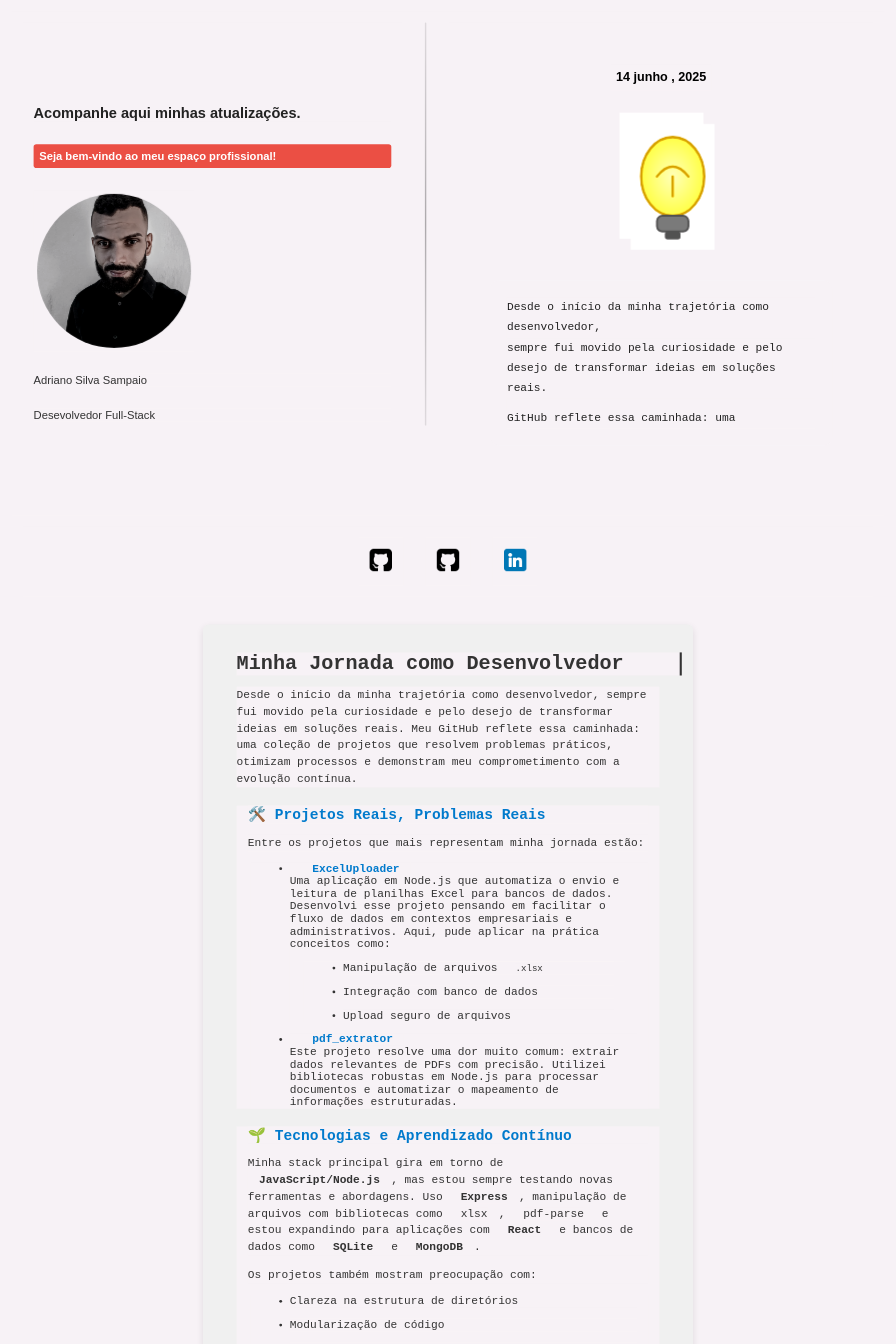
Repository: umdevadriano/portifolio2025
Page: /
These files come from the project's save history. The page is drawn as it stood at one moment and after the next save; the edit follows.
The browser window is 1280 px wide. The pictures show the part of the page from y = 0 to 1920 px (the page is 2803 px tall), at 70% of full size.
The project was rebuilt for these pictures with package versions that can differ from the ones it lists, and the page was loaded fresh each time. Also part of the build but not shown: vite.config.ts.

Above is the page before, as saved 2025-06-22 20:58:30.

### index.html
<!doctype html>
<html lang="en">
  <head>
    <meta charset="UTF-8" />
    <!-- <link rel="icon" type="image/svg+xml" href="/vite.svg" /> -->
    <meta name="viewport" content="width=device-width, initial-scale=1.0" />
    <title>Adriano Silva Sampaio </title>
  </head>
  <body>
    <div id="root"></div>
    <script type="module" src="/src/main.tsx"></script>
  </body>
</html>

### src/App.tsx
import './App.css'
import ContainerPrincipal from './componentes/containerPrincipal/ContainerPrincipal'
function App() {
  return (
    <>
      <ContainerPrincipal/>
    </>
  )
}

export default App

### src/componentes/containerPrincipal/ContainerPrincipal.tsx
import styled, { createGlobalStyle } from 'styled-components';
import Body from '../Body/Body';
import Footer from '../Footer/Footer';
import RedesSociais from '../redesSociais/redesSociais';
import github from '../redesSociais/github.png';
import linkedin from '../redesSociais/linkedin.png';
import ProfessionalStory from '../ProfessionalStory/ProfessionalStory';

const data = new Date();
const ano = data.getFullYear();
function ContainerPrincipal() {

  const redes = [
    { src: github, link: 'https://github.com/adrianodisam' },
    { src: github, link: 'https://github.com/umdevadriano' },
    { src: linkedin, link: 'https://www.linkedin.com/in/adriano-silva-sampaio/' }
  ];
  const GlobalStyle = createGlobalStyle`
    *, *::before, *::after {
    box-sizing: border-box;
    background-color: #f7f2f6;
    margin: 1rem;
  }

    html, body {
      margin: 0;
      padding: 0;
      overflow-x: hidden;
      width: 100%;
    }
  `;

  const Principal = styled.div`
    display: flex;
    justify-content: center;
    width: 100%;
    height: 100vh;
    font-family: 'Arial', sans-serif;
    overflow: hidden;
    margin: 0;
    padding: 0;

    @media (max-width: 768px) {
      display: flex;
      flex-direction: column;
      justify-items: center;
      justify-content: center;
      align-items: center;
    }


  `;
  return (
    <>
      <GlobalStyle />
      <Principal>
        <Body/>
      </Principal>
      <RedesSociais redes={redes}/>
      <ProfessionalStory/>
      <Footer>Desenvolvimento de Software<br />© {ano} Adriano Silva Sampaio</Footer>
    </>
  )
}
export default ContainerPrincipal

### src/componentes/Body/Body.tsx
import Principal from '../Principal/Principal';
import Title from '../Title/Title';
import Banner from '../Banner/Banner';
import ProfileWrapper from '../ProfileWrapper/ProfileWrapper';
import Profile from '../Profile/Profile';
import Role from '../Role/Role';
import Divider from '../Divider/Divider';
import RightSide from '../RightSide/RightSide';
import DateComponente from '../DateComponente/DateComponente';
import EmDesenvolvimento from '../EmDesenvolvimentoWrapper/EmDesenvolvimentoWrapper ';
import LampadaAnimada from '../LampadaAnimada/LampadaAnimada';
const data = new Date();
const dia = String(data.getDate()).padStart(2, '0');
const mes = data.toLocaleString('pt-BR', { month: 'long' });
const ano = data.getFullYear();

function Cabecalho() {
  return (
    <>
      <Principal>
        <Title>Acompanhe aqui minhas atualizações.</Title>
        <Banner>Seja bem-vindo ao meu espaço profissional!</Banner>
        <ProfileWrapper>
          <Profile/>
        </ProfileWrapper>
        <Role> Adriano Silva Sampaio</Role>
        <Role> Desevolvedor  Full-Stack </Role>
      </Principal>
      <Divider />
      <RightSide>
        <DateComponente>{dia}  {mes} , {ano} </DateComponente>
        <LampadaAnimada/>
        <EmDesenvolvimento/>
      </RightSide>
    </>
  )
}
export default Cabecalho

### src/componentes/Footer/Footer.tsx
import styled from 'styled-components';

type Props = {
  children: React.ReactNode;
};

function Footer({ children }: Props){

    const FooterP = styled.p`
        font-size: 1rem;
        color: #999;
        /* margin-top: auto; */
    `;
    const FooterDiv = styled.div`
       display: flex;
       justify-content: left;
       align-items: center;
    `;
    return (
        <>
            <FooterDiv>
                <FooterP>{children}</FooterP>
            </FooterDiv>
        </>
    )
}

export default Footer

### src/componentes/redesSociais/redesSociais.tsx
import styled from 'styled-components';

type RedeSocial = {
  src: string;
  link: string;
};

type Props = {
  redes: RedeSocial[];
};

const RedesSociaisDiv = styled.div`
  flex: 1;
  display: flex;
  justify-content: center;
  align-items: center;

  img {
    width: 2rem;
    height: 2rem;
    object-fit: contain;
    transition: transform 0.2s;
  }

  a:hover img {
    transform: scale(1.1);
  }
`;

function RedesSociais({ redes }: Props) {
  return (
    <RedesSociaisDiv>
      {redes.map((rede, index) => (
        <a
          key={index}
          href={rede.link}
          target="_blank"
          rel="noopener noreferrer"
        >
          <img src={rede.src} alt={`Ícone ${index + 1}`} />
        </a>
      ))}
    </RedesSociaisDiv>
  );
}

export default RedesSociais;

### src/componentes/ProfessionalStory/ProfessionalStory.tsx

import styled, { keyframes } from 'styled-components';

const typewriter = keyframes`
  from {
    width: 0;
  }
  to {
    width: 100%;
  }
`;

const blink = keyframes`
  50% {
    border-color: transparent;
  }
`;

const Container = styled.section`
  font-family: 'Courier New', Courier, monospace;
  color: #333;
  background: #f0f0f0;
  padding: 24px 32px;
  max-width: 700px;
  margin: 40px auto;
  border-radius: 8px;
  box-shadow: 0 4px 10px rgba(0,0,0,0.1);
`;

const Title = styled.h1`
  font-size: 1.8rem;
  margin-bottom: 1rem;
  border-right: 3px solid #333;
  white-space: nowrap;
  overflow: hidden;
  width: 18ch;
  animation: ${typewriter} 2.5s steps(18) 1 forwards,
             ${blink} 0.75s step-end infinite;
`;

const Section = styled.div`
  margin-top: 1.6rem;
`;

const SectionTitle = styled.h2`
  font-size: 1.3rem;
  margin-bottom: 0.6rem;
  color: #007acc;
`;

const Paragraph = styled.p`
  font-size: 1rem;
  line-height: 1.5;
  margin-bottom: 1rem;
`;

const List = styled.ul`
  margin-left: 20px;
  margin-bottom: 1rem;
  list-style-type: disc;
`;

const Link = styled.a`
  color: #007acc;
  text-decoration: none;
  font-weight: 600;

  &:hover {
    text-decoration: underline;
  }
`;

export default function ProfessionalStory() {
  return (
    <Container>
      <Title>Minha Jornada como Desenvolvedor</Title>

      <Paragraph>
        Desde o início da minha trajetória como desenvolvedor, sempre fui movido pela curiosidade e pelo desejo de transformar ideias em soluções reais. Meu GitHub reflete essa caminhada: uma coleção de projetos que resolvem problemas práticos, otimizam processos e demonstram meu comprometimento com a evolução contínua.
      </Paragraph>

      <Section>
        <SectionTitle>🛠️ Projetos Reais, Problemas Reais</SectionTitle>
        <Paragraph>Entre os projetos que mais representam minha jornada estão:</Paragraph>

        <List>
          <li>
            <strong>
              <Link href="https://github.com/umdevadriano/ExcelUploader" target="_blank" rel="noopener noreferrer">
                ExcelUploader
              </Link>
            </strong>
            <br />
            Uma aplicação em Node.js que automatiza o envio e leitura de planilhas Excel para bancos de dados. Desenvolvi esse projeto pensando em facilitar o fluxo de dados em contextos empresariais e administrativos. Aqui, pude aplicar na prática conceitos como:
            <List>
              <li>Manipulação de arquivos <code>.xlsx</code></li>
              <li>Integração com banco de dados</li>
              <li>Upload seguro de arquivos</li>
            </List>
          </li>

          <li>
            <strong>
              <Link href="https://github.com/umdevadriano/pdf_extrator" target="_blank" rel="noopener noreferrer">
                pdf_extrator
              </Link>
            </strong>
            <br />
            Este projeto resolve uma dor muito comum: extrair dados relevantes de PDFs com precisão. Utilizei bibliotecas robustas em Node.js para processar documentos e automatizar o mapeamento de informações estruturadas.
          </li>
        </List>
      </Section>

      <Section>
        <SectionTitle>🌱 Tecnologias e Aprendizado Contínuo</SectionTitle>
        <Paragraph>
          Minha stack principal gira em torno de <strong>JavaScript/Node.js</strong>, mas estou sempre testando novas ferramentas e abordagens. Uso <strong>Express</strong>, manipulação de arquivos com bibliotecas como <code>xlsx</code>, <code>pdf-parse</code> e estou expandindo para aplicações com <strong>React</strong> e bancos de dados como <strong>SQLite</strong> e <strong>MongoDB</strong>.
        </Paragraph>
        <Paragraph>Os projetos também mostram preocupação com:</Paragraph>
        <List>
          <li>Clareza na estrutura de diretórios</li>
          <li>Modularização de código</li>
          <li>Reaproveitamento de componentes e funções</li>
        </List>
      </Section>

      <Section>
        <SectionTitle>📈 Padrão de Contribuição</SectionTitle>
        <Paragraph>
          Minha contribuição é pautada na entrega de soluções funcionais e escaláveis. Prefiro projetos que resolvam um problema concreto e que possam ser utilizados no dia a dia. Além disso, sempre que possível, mantenho os repositórios documentados e com instruções claras de uso.
        </Paragraph>
      </Section>

      <Section>
        <SectionTitle>🧩 Favoritos que Me Inspiram</SectionTitle>
        <Paragraph>Além dos meus próprios projetos, mantenho uma seleção de repositórios favoritos com foco em:</Paragraph>
        <List>
          <li>Templates de SaaS</li>
          <li>Boas práticas em React e Node</li>
          <li>Repositórios que ensinam com exemplos práticos</li>
        </List>
        <Paragraph>
          Esses favoritos refletem o que busco constantemente: <strong>evoluir como dev, tanto no back-end quanto no front-end, sem perder o foco na experiência do usuário final.</strong>
        </Paragraph>
      </Section>

      <Section>
        <SectionTitle>🧠 O Que Me Motiva</SectionTitle>
        <Paragraph>
          Gosto de resolver problemas do mundo real. Desde pequenas automações até ferramentas que impactam um processo maior — como controle de gastos em obras — tudo começa com uma ideia e a vontade de fazer melhor. Tenho como meta desenvolver soluções que possam ajudar tanto uma grande construtora quanto alguém construindo sua própria casa.
        </Paragraph>
      </Section>
    </Container>
  );
}

### src/componentes/Principal/Principal.tsx
import styled from 'styled-components';

type Props = {
  children: React.ReactNode;
};

function Principal({ children }: Props){

    const Principal_div = styled.div`
        flex: 1;
        display: flex;
        flex-direction: column;
        justify-content: center;
    `;
    return (
        <>
        <Principal_div>  {children}</Principal_div>
        </>
    )
}

export default Principal

### src/componentes/Title/Title.tsx
import styled from 'styled-components';

type Props = {
  children: React.ReactNode;
};

function Title({ children }: Props){

    const TitleH2 = styled.h2`
        font-size: 1.3rem;
        margin-bottom: 1rem;
        color: #222;

        @media (max-width: 768px) {
          margin-top: 5rem;
        }
  `;
    return (
        <>
        <TitleH2>{children}</TitleH2>
        </>
    )
}

export default Title

### src/componentes/Banner/Banner.tsx
import styled from 'styled-components';

type Props = {
  children: React.ReactNode;
};

function Banner({ children }: Props){

    const BannerDiv = styled.div`
        background-color: #eb4f44;
        color: white;
        padding: 0.5rem;
        font-weight: bold;
        font-size: 16px;
        display: inline-block;
        border-radius: 4px;
    `;
    return (
        <>
        <BannerDiv>{children}</BannerDiv>
        </>
    )
}

export default Banner

### src/componentes/ProfileWrapper/ProfileWrapper.tsx
import styled from 'styled-components';

type Props = {
  children: React.ReactNode;
};

function ProfileWrapper({ children }: Props){

  // Wrapper da imagem com efeito de borda girando
  const ProfileWrapperDiv = styled.div`
    position: relative;
    width: 230px;
    height: 230px;
    display: flex;
    align-items: center;
    margin-top:1rem;
    justify-content: center;
  `;

    return (
        <>
        <ProfileWrapperDiv>{children}</ProfileWrapperDiv>
        </>
    )
}

export default ProfileWrapper

### src/componentes/Profile/Profile.tsx
import styled from 'styled-components';
import foto from '../assets/foto2.png'

function Profile(){

    const ProfileImg = styled.img`
        width: 220px;
        height: 220px;
        border-radius: 50%;
        object-fit: cover;
        background-color: white;
        z-index: 1;
        filter: grayscale(60%) contrast(110%);
        @media (max-width: 768px) {
            width: 200px;
            height: 200px;
        }
        @media (max-width: 480px) {
            width: 200px;
            height: 200px;
        }
    `;
    return (
        <>
        <ProfileImg src={foto} alt="Foto de perfil"></ProfileImg>
        </>
    )
}

export default Profile

### src/componentes/Role/Role.tsx
import styled from 'styled-components';

type Props = {
  children: React.ReactNode;
};

function Role({ children }: Props){
    const RoleP = styled.p`
        font-size: 16px;
        font-weight: 500;
        color: #333;
    `;
    return (
        <>
        <RoleP>{children}</RoleP>
        </>
    )
}
export default Role

### src/componentes/Divider/Divider.tsx
import styled from 'styled-components';

function Divider(){

    const DividerDiv = styled.div`
        width: 2px;
        height: 80%;
        background: linear-gradient(
            to bottom,
            rgba(0, 0, 0, 0.1),
            rgba(0, 0, 0, 0.3),
            rgba(0, 0, 0, 0.1)
        );
        border-radius: 1px;
        position: relative;
        overflow: hidden;
        &::after {
            content: "";
            position: absolute;
            top: 0;
            left: 0;
            width: 100%;
            height: 100%;
            background: linear-gradient(
                to bottom,
                transparent 40%,
                rgba(255, 255, 255, 0.7) 50%,
                transparent 60%
            );
                animation: shine 3.8s linear infinite;
                pointer-events: none;
         }

        @keyframes shine {
            0% {
            transform: translateY(-100%);
            }
            100% {
            transform: translateY(100%);
            }
        }
    `;
    return (
        <>
        <DividerDiv></DividerDiv>
        </>
    )
}

export default Divider

### src/componentes/RightSide/RightSide.tsx
import styled from 'styled-components';
type Props = {
  children: React.ReactNode;
};

function RightSide({ children }: Props){
    const RightSideDiv = styled.div`
        flex: 1;
        padding: 32px;
        display: flex;
        flex-direction: column;
        justify-content: center;
        align-items: center;
    `;

    return (
        <>
        <RightSideDiv>{children}</RightSideDiv>
        </>
    )
}

export default RightSide

### src/componentes/DateComponente/DateComponente.tsx
import styled from 'styled-components';
type Props = {
  children: React.ReactNode;
};
function Date({ children }: Props){
    const DateP = styled.p`
        font-size: 18px;
        font-weight: bold;
        margin-bottom: 12px;
        padding: 0.5rem;
    `;
    return (
        <>
        <DateP>{children}</DateP>
        </>
    )
}
export default Date

### src/componentes/EmDesenvolvimentoWrapper/EmDesenvolvimentoWrapper .tsx
import  { useEffect, useState } from 'react';
import styled from 'styled-components';

const texto = `Desde o início da minha trajetória como desenvolvedor,
sempre fui movido pela curiosidade e pelo desejo de transformar ideias em soluções reais.
Meu GitHub reflete essa caminhada: uma coleção de projetos que resolvem problemas práticos,
otimizam processos e demonstram meu comprometimento com a evolução contínua.`;

const linhas = texto.split('\n').map(l => l.trim());

const Container = styled.div`
  /* background: #f4f4f4; */
  padding: 24px;
  max-width: 90%;
  margin: 40px auto;
  border-radius: 12px;
  font-family: 'Courier New', Courier, monospace;
  font-size: 1rem;
  color: #222;
  line-height: 1.8;
`;

const Linha = styled.p`
  margin: 0;
`;

const Cursor = styled.span`
  display: inline-block;
  width: 1ch;
  border-right: 2px solid #333;
  animation: blink 0.8s steps(1) infinite;

  @keyframes blink {
    50% {
      border-color: transparent;
    }
  }
`;

export default function EmDesenvolvimento() {
  const [linhasDigitadas, setLinhasDigitadas] = useState<string[]>([]);
  const [linhaAtual, setLinhaAtual] = useState(0);
  const [palavrasDigitadas, setPalavrasDigitadas] = useState<string[]>([]);

  useEffect(() => {
    if (linhaAtual >= linhas.length) return;

    const palavras = linhas[linhaAtual].split(' ');
    let index = 0;

    const intervalo = setInterval(() => {
      setPalavrasDigitadas((prev) => [...prev, palavras[index]]);
      index++;

      if (index >= palavras.length) {
        clearInterval(intervalo);
        setTimeout(() => {
          setLinhasDigitadas((prev) => [...prev, palavras.join(' ')]);
          setPalavrasDigitadas([]);
          setLinhaAtual((prev) => prev + 1);
        }, 600); // pausa entre as linhas
      }
    }, 180); // tempo entre cada palavra

    return () => clearInterval(intervalo);
  }, [linhaAtual]);

  return (
    <Container>
      {linhasDigitadas.map((linha, i) => (
        <Linha key={i}>{linha}</Linha>
      ))}

      {linhaAtual < linhas.length && (
        <Linha>
          {palavrasDigitadas.join(' ')} <Cursor />
        </Linha>
      )}
    </Container>
  );
}

### src/componentes/LampadaAnimada/LampadaAnimada.tsx
import React from "react";
import styled, { keyframes } from "styled-components";

// Animação que aumenta o brilho da lâmpada
const glow = keyframes`
  0% {
    filter: brightness(0.4);
    opacity: 0.5;
    drop-shadow(0 0 2px rgba(255, 223, 0, 0.2));
  }
  50% {
    filter: brightness(1.2);
    opacity: 1;
    drop-shadow(0 0 8px rgba(255, 223, 0, 0.8));
  }
  100% {
    filter: brightness(0.4);
    opacity: 0.5;
    drop-shadow(0 0 2px rgba(255, 223, 0, 0.2));
  }
`;

// Container do SVG com animação
const LampContainer = styled.div`
  width: 120px;
  height: 180px;
  margin: 20px auto;
  animation: ${glow} 4s ease-in-out infinite;
`;

export default function LampadaAnimada() {
  return (
    <LampContainer>
      <svg
        viewBox="0 0 64 96"
        fill="none"
        xmlns="http://www.w3.org/2000/svg"
        width="100%"
        height="100%"
      >
        {/* Bulbo da lâmpada */}
        <ellipse
          cx="32"
          cy="40"
          rx="24"
          ry="30"
          fill="url(#yellowGlow)"
          stroke="#b38600"
          strokeWidth="2"
        />
        {/* Filamento */}
        <path
          d="M20 40 Q32 25 44 40"
          stroke="#b38600"
          strokeWidth="2"
          fill="none"
          strokeLinecap="round"
        />
        <line
          x1="32"
          y1="40"
          x2="32"
          y2="55"
          stroke="#b38600"
          strokeWidth="2"
          strokeLinecap="round"
        />
        {/* Base da lâmpada */}
        <rect
          x="20"
          y="70"
          width="24"
          height="12"
          fill="#666"
          stroke="#444"
          strokeWidth="1.5"
          rx="4"
        />
        <rect
          x="26"
          y="82"
          width="12"
          height="6"
          fill="#444"
          rx="2"
        />
        <defs>
          <radialGradient id="yellowGlow" cx="0.5" cy="0.5" r="0.5">
            <stop offset="0%" stopColor="#fff89a" />
            <stop offset="100%" stopColor="#ffeb3b" />
          </radialGradient>
        </defs>
      </svg>
    </LampContainer>
  );
}

Loaded but not shown: src/main.tsx (common file); src/App.css (no stored copy; drawn as an empty file); src/index.css (no stored copy; drawn as an empty file)

After the next save:
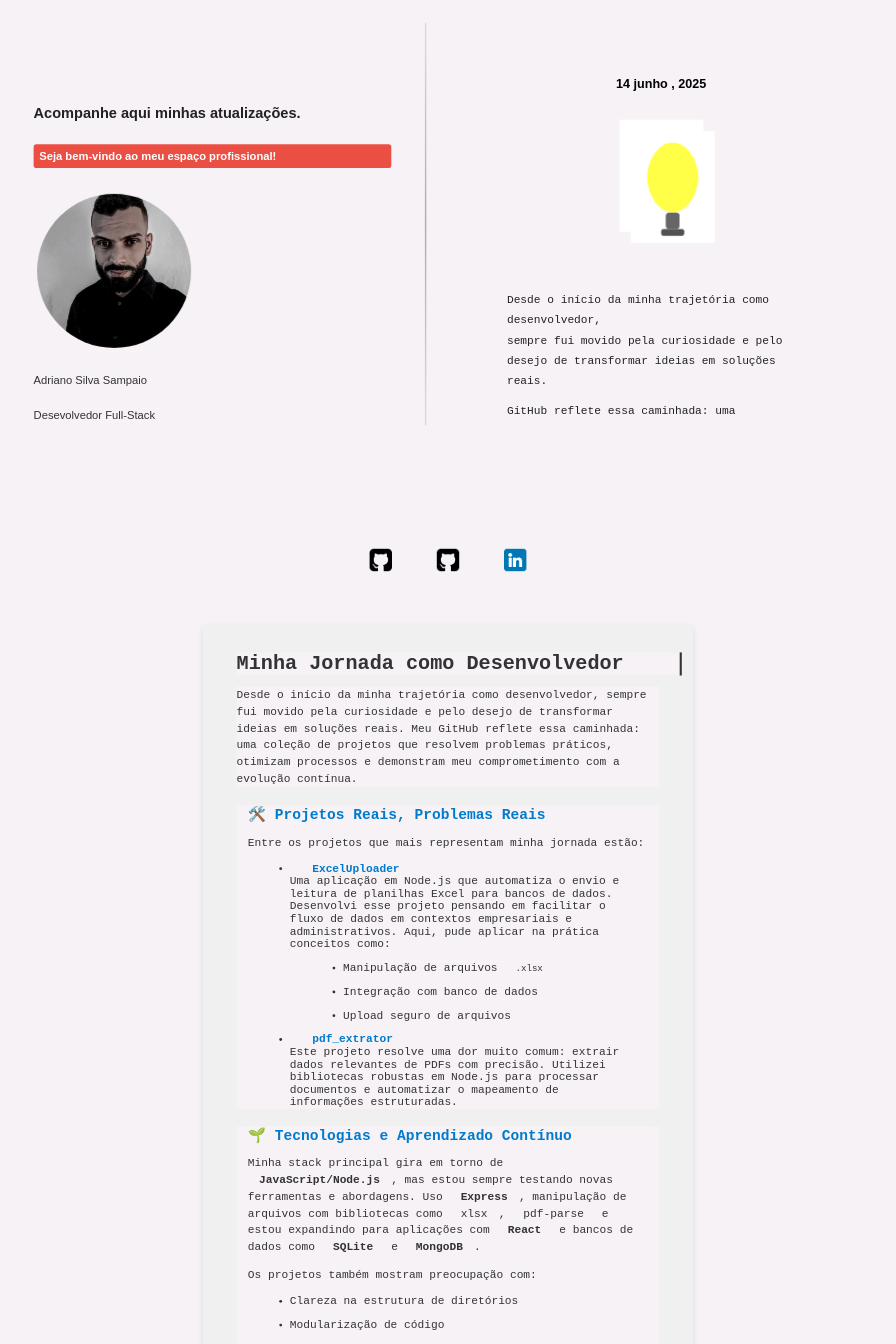
Saved 2 min 55 s later.
--- a/src/componentes/LampadaAnimada/LampadaAnimada.tsx
+++ b/src/componentes/LampadaAnimada/LampadaAnimada.tsx
@@ -1,29 +1,20 @@
 import React from "react";
 import styled, { keyframes } from "styled-components";
 
-// Animação que aumenta o brilho da lâmpada
 const glow = keyframes`
-  0% {
-    filter: brightness(0.4);
+  0%, 100% {
     opacity: 0.5;
-    drop-shadow(0 0 2px rgba(255, 223, 0, 0.2));
+    filter: brightness(0.6);
   }
   50% {
+    opacity: 1;
     filter: brightness(1.2);
-    opacity: 1;
-    drop-shadow(0 0 8px rgba(255, 223, 0, 0.8));
-  }
-  100% {
-    filter: brightness(0.4);
-    opacity: 0.5;
-    drop-shadow(0 0 2px rgba(255, 223, 0, 0.2));
   }
 `;
 
-// Container do SVG com animação
 const LampContainer = styled.div`
   width: 120px;
-  height: 180px;
+  height: 160px;
   margin: 20px auto;
   animation: ${glow} 4s ease-in-out infinite;
 `;
@@ -38,58 +29,12 @@ export default function LampadaAnimada() {
         width="100%"
         height="100%"
       >
-        {/* Bulbo da lâmpada */}
-        <ellipse
-          cx="32"
-          cy="40"
-          rx="24"
-          ry="30"
-          fill="url(#yellowGlow)"
-          stroke="#b38600"
-          strokeWidth="2"
+        <path
+          d="M32 10c-13 0-22 16-22 30 0 13 9 30 22 30s22-17 22-30c0-14-9-30-22-30z"
+          fill="#FFEB3B"
         />
-        {/* Filamento */}
-        <path
-          d="M20 40 Q32 25 44 40"
-          stroke="#b38600"
-          strokeWidth="2"
-          fill="none"
-          strokeLinecap="round"
-        />
-        <line
-          x1="32"
-          y1="40"
-          x2="32"
-          y2="55"
-          stroke="#b38600"
-          strokeWidth="2"
-          strokeLinecap="round"
-        />
-        {/* Base da lâmpada */}
-        <rect
-          x="20"
-          y="70"
-          width="24"
-          height="12"
-          fill="#666"
-          stroke="#444"
-          strokeWidth="1.5"
-          rx="4"
-        />
-        <rect
-          x="26"
-          y="82"
-          width="12"
-          height="6"
-          fill="#444"
-          rx="2"
-        />
-        <defs>
-          <radialGradient id="yellowGlow" cx="0.5" cy="0.5" r="0.5">
-            <stop offset="0%" stopColor="#fff89a" />
-            <stop offset="100%" stopColor="#ffeb3b" />
-          </radialGradient>
-        </defs>
+        <rect x="26" y="70" width="12" height="14" rx="3" fill="#555" />
+        <rect x="22" y="84" width="20" height="6" rx="2" fill="#444" />
       </svg>
     </LampContainer>
   );
